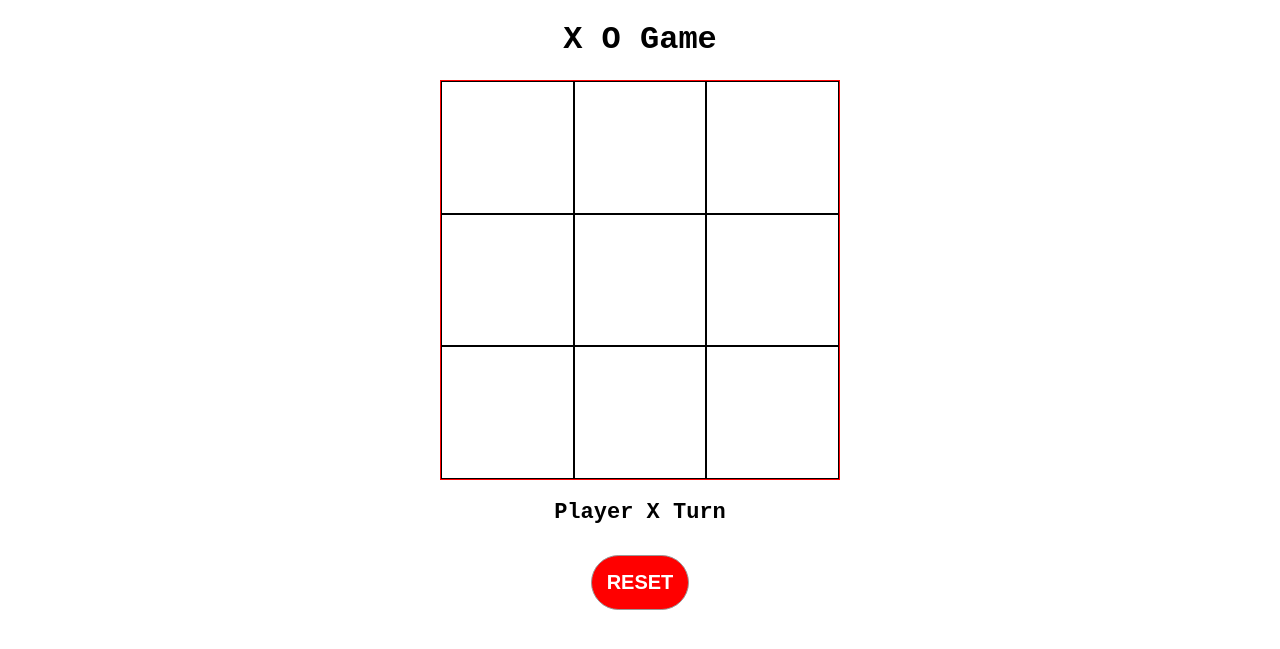
Repository: abdelrahman-ahmed-nassar/javascript-games
Page: my_x-o/index.html
An editor plug-in stored every save of this project. The page is shown before and after a run of saves, followed by the edit.
The browser window is 1280 px wide. The pictures show the whole page.
After loading, the first visible `#reset-btn` was clicked once.

Above is the page before, as saved 2024-07-27 23:32:32.

### my_x-o/index.html
<!DOCTYPE html>
<html lang="en">
<head>
  <meta charset="UTF-8">
  <meta name="viewport" content="width=device-width, initial-scale=1.0">
  <link rel="stylesheet" href="style.css">
  <script defer src="script.js"></script>
  <title>X O Game </title>
</head>
<body>
  <h1>X O Game</h1>
  <div class="game-container" id="container">
    <div class="box box-0" data-num="0"></div>
    <div class="box box-1" data-num="1"></div>
    <div class="box box-2" data-num="2"></div>
    <div class="box box-3" data-num="3"></div>
    <div class="box box-4" data-num="4"></div>
    <div class="box box-5" data-num="5"></div>
    <div class="box box-6" data-num="6"></div>
    <div class="box box-7" data-num="7"></div>
    <div class="box box-8" data-num="8"></div>
  </div>
  <div class="player-text">Player <span id="active-player">x</span> Turn</div>
  <button id="reset-btn" type="button">RESET</button>
</body>
</html>

### my_x-o/style.css

* {
  box-sizing: border-box;
}

body {
  margin: 0;
  padding: 0;
  font-family: 'Courier New', Courier, monospace;
  text-align: center;
}

.game-container {
  margin: 0 auto;
  max-width: 400px;
  height: 400px;
  border: 1px solid red;
  display: grid;
  grid-template-columns: repeat(3, 1fr);
  grid-template-rows: repeat(3, 1fr);
}

.box {
  border: 1px solid black;
  text-transform: capitalize ;
  display: grid;
  place-items: center;
  font-size:70px;
  font-weight: bold;
  cursor: pointer;
}

.player-text {
  margin-top: 20px;
  font-size: 22px;
  font-weight: bold;
}

#active-player {
  text-transform: capitalize;
}

#reset-btn {
  margin-top: 30px;
  font-weight: bold;
  font-size: 20px;
  padding: 15px;
  color: white;
  border: 1px solid #999;
  background-color: red;
  border-radius: 40px;
  cursor:  pointer;
}

### my_x-o/script.js
let grid = ["", "", "", "", "", "", "", "", ""];

const containerEl = document.getElementById("container");

const box0El = document.querySelector(".box-0");
const box1El = document.querySelector(".box-1");
const box2El = document.querySelector(".box-2");
const box3El = document.querySelector(".box-3");
const box4El = document.querySelector(".box-4");
const box5El = document.querySelector(".box-5");
const box6El = document.querySelector(".box-6");
const box7El = document.querySelector(".box-7");
const box8El = document.querySelector(".box-8");

const resetBtn = document.getElementById("reset-btn");
const activePlayerEl = document.getElementById("active-player");
const textEl = document.querySelector(".player-text");

let gridSize = 3;
let isPlaying = 1;
let activePlayer = "x";

/////////////////////////

function isWritten(e) {
  if (e === "o" || e === "x") {
    return 1;
  } else {
    return 0;
  }
}

function updateGrid(n) {
  for (let i = 0; i < grid.length; i++) {
    document.querySelector(`.box-${i}`).textContent = grid[i];
  }
  if (n !== -1) {
    document.querySelector(`.box-${n}`).style = "pointer-events: none;";
  }
}

function changeActivePlayer() {
  let code = activePlayer === "x" ? "o" : "x";
  activePlayer = code;
  activePlayerEl.textContent = code;
}

function winner() {
  isPlaying = 0;
  containerEl.style = "pointer-events: none";
  textEl.textContent = `Player ${
    activePlayer === "x" ? "o" : "x"
  } is the winner 🎉`;
}

///////////////

function changeBoxState(e) {
  if (!isPlaying) return;
  let n = e.target.dataset.num;
  let item = grid[n];
  if (isWritten(item)) {
    return;
  } else {
    let code = activePlayer === "x" ? "x" : "o";
    grid[n] = code;

    updateGrid(n);

    changeActivePlayer();
  }
  // check for cols

  for (let i = 0; i < gridSize; i++) {
    let first = grid[i];
    let second = grid[i + gridSize];
    let third = grid[i + 2 * gridSize];

    if (first === "" || second === "" || third === "") {
      return;
    }

    if (first === second && second === third && first === third) {
      winner();
    }
  }

  console.log(grid);
}

/////////////////////

function init() {
  for (let i = 0; i < grid.length; i++) {
    document
      .querySelector(`.box-${i}`)
      .addEventListener("click", (e) => changeBoxState(e));
  }
}
init();

resetBtn.addEventListener("click", function (e) {
  isPlaying = 1;
  grid = ["", "", "", "", "", "", "", "", ""];
  containerEl.style = "pointer-events: all";
  for (let i = 0; i < 9; i++) {
    document.querySelector(`.box-${i}`).style = "pointer-events: all;";
  }

  textEl.innerHTML = `Player <span id="active-player">${activePlayer}</span> Turn`;

  updateGrid(-1);
});

After the next 2 saves:
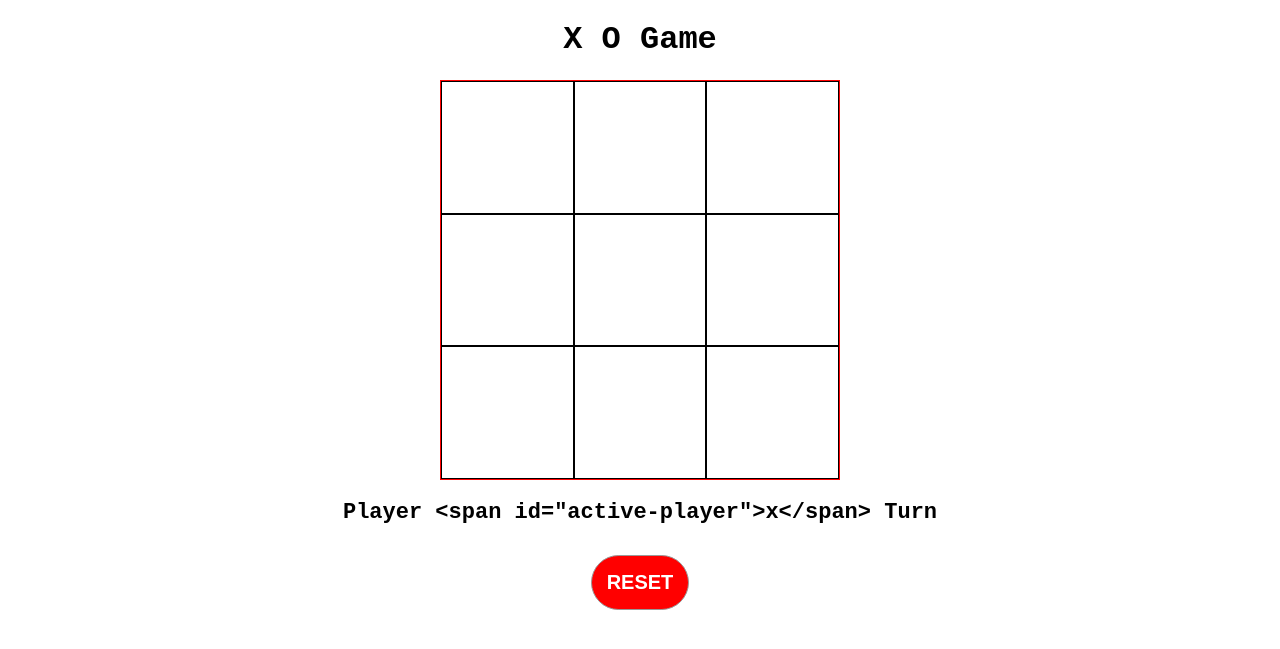
The 2 saves are shown as one change because they came seconds apart.
The last was saved 38 s later.
--- a/my_x-o/script.js
+++ b/my_x-o/script.js
@@ -107,7 +107,7 @@
     document.querySelector(`.box-${i}`).style = "pointer-events: all;";
   }
 
-  textEl.innerHTML = `Player <span id="active-player">${activePlayer}</span> Turn`;
+  textEl.textContent = `Player <span id="active-player">${activePlayer}</span> Turn`;
 
   updateGrid(-1);
 });

After the 3 saves that followed:
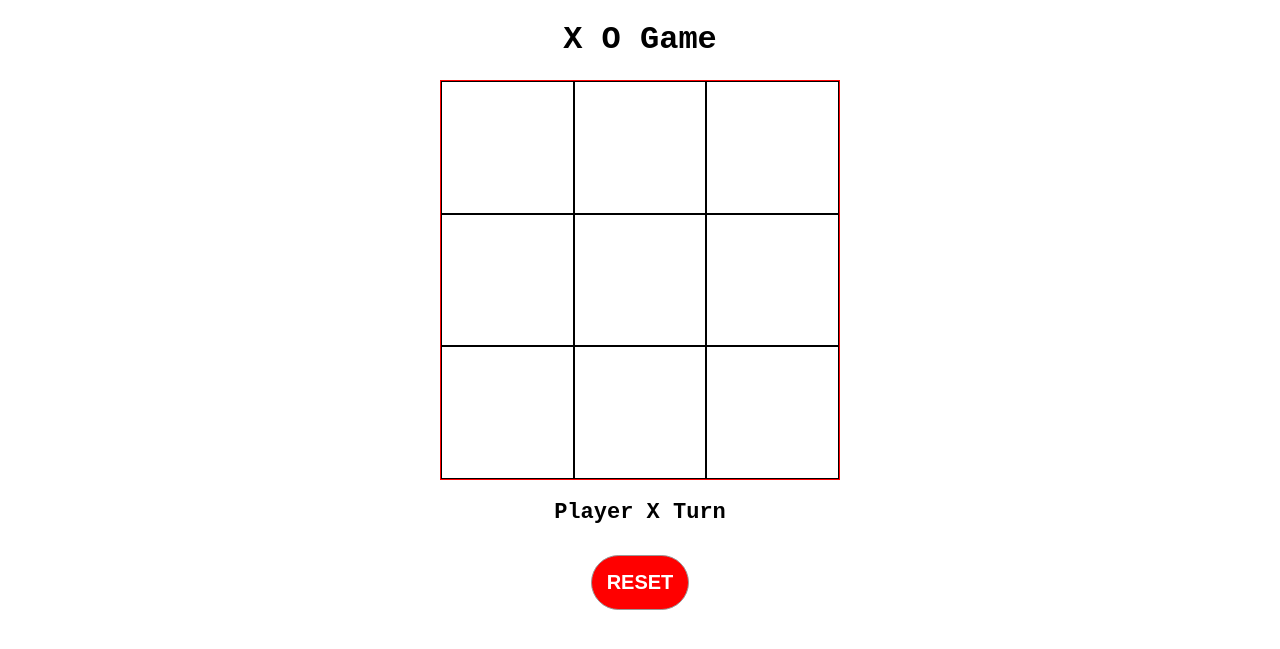
The 3 saves are shown as one change because 1 left the picture as it was and some came seconds apart.
The last was saved 36 s later.
--- a/my_x-o/script.js
+++ b/my_x-o/script.js
@@ -107,7 +107,8 @@
     document.querySelector(`.box-${i}`).style = "pointer-events: all;";
   }
 
-  textEl.textContent = `Player <span id="active-player">${activePlayer}</span> Turn`;
+  textEl.innerHTML = `Player <span id="active-player">${activePlayer}</span> Turn`;
 
   updateGrid(-1);
+  init();
 });
